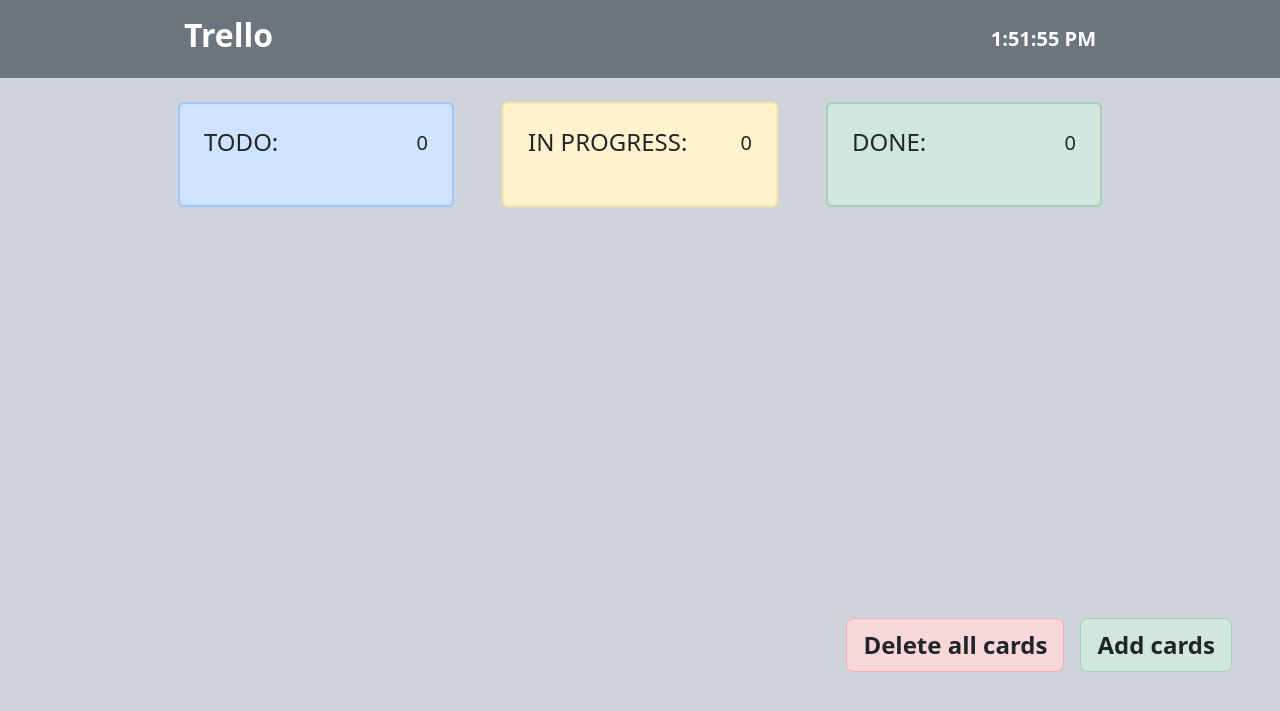
Repository: Valeria154/trello-app-clone
Page: / (app in trello-app-project/)
The author's editor kept a copy of each file at every save. The page is drawn from the files as they stood at one save, then again after the next save.
The browser window is 1280 px wide. The pictures show the whole page.
The project was rebuilt for these pictures with package versions that can differ from the ones it lists, and the page was loaded fresh each time. Also part of the build but not shown: trello-app-project/vite.config.js.

Above is the page before, as saved 2025-03-16 18:55:59.

### trello-app-project/src/index.html
<!doctype html>
<html lang="en">

<head>
	<meta charset="UTF-8" />
	<meta name="viewport" content="width=device-width, initial-scale=1.0" />
	<title>Trello</title>
	<script type="module" src="./main.js"></script>
</head>

<body class="bg-dark-subtle">
	<header class="bg-secondary p-3">
		<div class="container d-flex justify-content-between align-items-center mx-autox w-75">
			<h1 class="fs-2 fw-bold text-white">Trello</h1>
			<div class="fs-5 fw-semibold text-white" id="clock"></div>
		</div>
	</header>
	<main class="p-4">
		<div class="container text-center w-75" id="containerTodo">
			<div class="row align-items-start mb-6 gap-5">
				<!-- TODO -->
				<div class="col border border-primary-subtle border-2 rounded-2 text-dark p-4 bg-primary-subtle">
					<div class="d-flex justify-content-between mb-3">
						<h4>TODO:</h4>
						<div id="todoCount" class="fs-5">0</div>
					</div>
					<div id="todo" data-role="status"></div>
				</div>
				<!-- In progress -->
				<div class="col border border-warning-subtle border-2 rounded-2 text-dark p-4 bg-warning-subtle">
					<div class="d-flex justify-content-between mb-3">
						<h4>IN PROGRESS:</h4>
						<div id="progressCount " class="fs-5">0</div>
					</div>
					<div id="progress" data-role="status"></div>
				</div>
				<!-- Done -->
				<div class="col border border-success-subtle border-2 rounded-2 text-dark p-4 bg-success-subtle">
					<div class="d-flex justify-content-between mb-3">
						<h4>DONE:</h4>
						<div id="doneCount" class="fs-5">0</div>
					</div>
					<div id="done" data-role="status"></div>
				</div>
			</div>
			<div class="d-grid gap-2 d-md-flex justify-content-md-end position-fixed bottom-0 end-0 p-5">
				<button class="btn btn-lg bg-danger-subtle border-danger-subtle me-md-2 fs-4 fw-semibold" type="button"
					id="deleteAllBtn">Delete all
					cards</button>
				<button id="addCardBtn" class="btn btn-lg bg-success-subtle border-success-subtle fs-4 fw-semibold"
					type="button">Add
					cards</button>
			</div>
			<!-- Modal form -->
			<div id="modalFormContainer" class="position-relative block" style="z-index: 20">
				<!-- <div class="position-fixed top-50 start-50 translate-middle w-100 bg-dark bg-opacity-50">
					<form id="todoForm" class="p-4 border rounded bg-light text-start fw-semibold w-50 position-relative">
						<div class="mb-3">
							<label for="titile" class="form-label fs-5">Title</label>
							<input type="text" class="form-control" id="title" placeholder="Enter todo...">
						</div>
						<div class="mb-3">
							<label for="description" class="form-label fs-5">Description</label>
							<textarea class="form-control p-2 rounded-3" id="description" rows="6"
								placeholder="Write description"></textarea>
						</div>
						<div class="mb-3">
							<label for="user" class="form-label fs-5">User </label>
							<select id="user" class="form-select">
								<option selected value="">Choose user</option>
								<option value="Amelia">Amelia</option>
								<option value="Mary">Mary</option>
								<option value="Thomas">Thomas</option>
								<option value="Harry">Harry</option>
								<option value="Susan">Susan</option>
							</select>
						</div>
						<button type="submit" class="btn btn-primary bg-secondary bg-gradient border-secondary">Add card
							TODO</button>
						<button type="button" class="btn-close position-absolute top-0 end-0 me-4 mt-4"
							aria-label="close"></button>
					</form>
				</div> -->
			</div>
		</div>
	</main>

</body>

</html>

### trello-app-project/src/main.js
import './style.scss'
// import javascriptLogo from './javascript.svg'
// import viteLogo from '/vite.svg'

const clockElement = document.querySelector('#clock')
const addCardBtnElement = document.querySelector('#addCardBtn')
const modalFormElement = document.querySelector('#modalFormContainer')
const formElement = document.querySelector('#form')

const containerTodoElement = document.querySelector('#containerTodo')
const [todoContainerElement, inProgressContainerElement, doneContainerElement] = document.querySelectorAll('[data-role="status"]')
const todoContainer = document.querySelector('#todo')
const todoCount = document.querySelector('#todoCount')

const statusArr = ['todo', 'inprogress', 'done']

function getDataFromStorage() {
	const data = localStorage.getItem(storageKey)
	return data ? JSON.parse(data) : []
}

function setDataToStorage(todo) {
	localStorage.setItem(storageKey, JSON.stringify(todo))
}

//Часы
function showClock() {
	clockElement.textContent = new Date().toLocaleTimeString()
}
setInterval(showClock, 1000)
showClock()


addCardBtnElement.addEventListener('click', handleClickButtonAddCard)
todoContainerElement.addEventListener('submit', handleSubmitForm)

function handleClickButtonAddCard() {
	if (!formElement) {
		modalFormElement.innerHTML = buildModalForm()
		const btnCloseElement = modalFormElement.querySelector('.btn-close')
		btnCloseElement.addEventListener('click', () => toggleModal(modalFormElement))
	}
	toggleModal(modalFormElement) // Открываем модальное окно
}

function toggleModal(modal) {
	if (modal.classList.contains('block')) {
		modal.classList.replace('block', 'hidden')
	} else {
		modal.classList.replace('hidden', 'block')
	}
}

function buildModalForm() {
	return `
				<div class="d-flex align-items-center justify-content-center position-fixed top-0 start-0 w-100 h-100 bg-dark bg-opacity-50">
					<form id="form" class="p-4 border rounded bg-light text-start fw-semibold w-50 position-relative">
						<div class="mb-3">
							<label for="title" class="form-label fs-5">Title</label>
							<input type="text" class="form-control" id="title" placeholder="Enter todo..." required>
						</div>
						<div class="mb-3">
							<label for="description" class="form-label fs-5">Description</label>
							<textarea class="form-control p-2 rounded-3" id="description" rows="6"
								placeholder="Write description" required></textarea>
						</div>
						<div class="mb-3">
							<label for="user" class="form-label fs-5">User </label>
							<select id="user" class="form-select" required>
								<option selected value="">Choose user</option>
								<option value="Amelia">Amelia</option>
								<option value="Mary">Mary</option>
								<option value="Thomas">Thomas</option>
								<option value="Harry">Harry</option>
								<option value="Susan">Susan</option>
							</select>
						</div>
						<button type="submit" class="btn btn-primary bg-secondary bg-gradient border-secondary">Add card
							TODO</button>
						<button type="button" class="btn-close position-absolute top-0 end-0 me-4 mt-4"
							aria-label="close" data-dismiss="modal" data-set="remove"></button>
					</form>
				</div>
	`
}

function handleSubmitForm(event) {
	event.preventDefault()

	// Получаем данные из формы
	const formData = new FormData(event.target)
	const formDataObject = Object.fromEntries(formData) // преобразуем, полученные иданные, в объект ключ-значение

	// Проверяем заполненность полей
	if (!formDataObject.title || !formDataObject.description || !formDataObject.user) {
		alert('Все поля формы должны быть заполнены!')
		return
	}

	const newTodo = new Todo(formDataObject)
	const targetColumn = document.querySelector(`#${newTodo.status}`)
	targetColumn.insertAdjacentHTML('beforeend', buildTodoTemplate(newTodo))
	renderCount()
	event.target.reset()
	toggleModal(modalFormElement)
}

class Todo {
	constructor({ title, description, user, status = '0' }) {
		this.id = Date.now()
		this.createdAt = new Date().toString()
		this.title = title
		this.description = description
		this.user = user
		this.status = statusArr[status]
	}
}

function render(todos = []) {
	todoContainerElement.innerHTML = ''
	inProgressContainerElement.innerHTML = ''
	doneContainerElement.innerHTML = ''
	todos.forEach((todo) => {
		const targetColumn = document.querySelector(`#${todo.status}`)
		targetColumn.insertAdjacentHTML('beforeend', buildTemplateTodo(todo))
	})
	countTodosInColumn(todos)
	//displayClock()
}

function renderCount() {
	const todoCount = todoContainerElement.children.length;
	const inProgressCount = inProgressContainerElement.children.length;
	const doneCount = doneContainerElement.children.length;

	document.getElementById('todoCount').textContent = todoCount;
	document.getElementById('inProgressCount').textContent = inProgressCount;
	document.getElementById('doneCount').textContent = doneCount;
}

function buildTodoTemplate({ id, title, description, user, status, createdAt }) {
	const data = currentDate(createdAt)
	return `
	        <div data-id="${id}" class="card bg-white">
            <div class="d-flex justify-content-center" role="group">
                <button type="button" class="btn btn-light" data-role="edit">EDIT</button>
                <select name="status" class="btn btn-light">
                    <option value="todo" ${status == 'todo' ? 'selected' : ''}>Todo</option>
                    <option value="progress" ${status == 'progress' ? 'selected' : ''}>In progress</option>
                    <option value="done" ${status == 'done' ? 'selected' : ''}>Done</option>
                </select>
                <button type="button" class="btn btn-light" data-role="remove">DELETE</button>
            </div>
            <div class="p-4 mb-2">
                <h4 class="text-start fs-5 fw-semibold">${title}</h4>
                <div class="text-start fs-6"><p>${description}</p></div>
            </div>
            <div class="d-flex justify-content-between text-start">
                <div>${user}</div>
                <div>${data}</div>
            </div>
        	</div>
	`
}

function currentDate(date = '', locale = 'ru-RU') {
	const dateTemplate = new Date(date)
	return `${dateTemplate.toLocaleDateString(locale)}, ${dateTemplate.toLocaleTimeString(locale)}`
}
// function currentDate(date = '', locale = 'ru-RU') {
// 	const dateTemplate = new Date(date)
// 	// const dateFormat = {
// 	// 	hour: 'numeric',
// 	// 	minute: 'numeric',
// 	// 	year: 'numeric',
// 	// 	month: 'numeric',
// 	// 	day: 'numeric'
// 	// }
// 	return `${dateTemplate.toLocaleDateString(locale)}, ${dateTemplate.toLocaleTimeString(locale)}`
// 	// return new Intl.DateTimeFormat(locale, dateFormat).format(dateTemplate)
// }

// class Todo {
// 	id = Date.now()
// 	createdAt = new Date().toString()
// 	constructor({ title, description, user, status = '0' }) {
// 		this.title = title
// 		this.description = description
// 		this.user = user
// 		this.status = statusArr[status]
// 	}

### trello-app-project/src/style.scss
@import "bootstrap/scss/bootstrap";

.hidden {
	display: none;
	opacity: 0;
	transition: opacity 0.3s ease;
}

.block {
	display: block;
	opacity: 1;
	transition: opacity 0.3s ease;
}

After the next save:
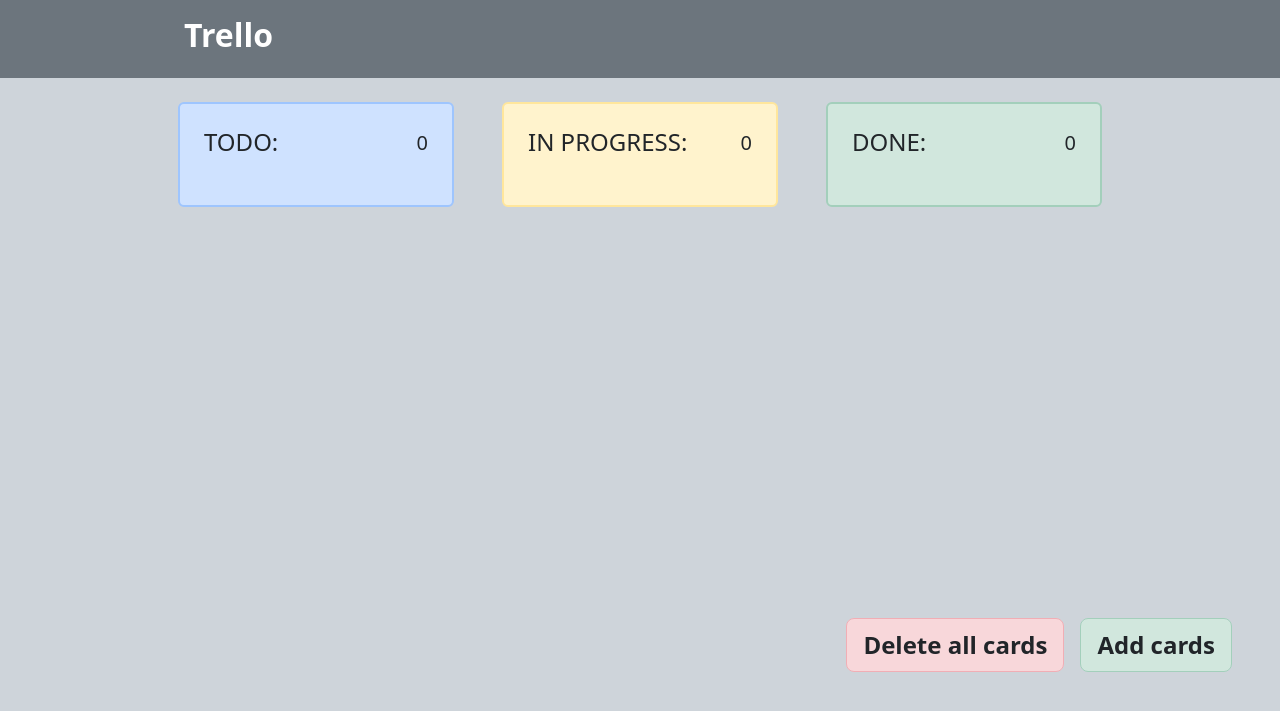
Console error: ReferenceError: storageKey is not defined
Saved 73 s later.
--- a/trello-app-project/src/main.js
+++ b/trello-app-project/src/main.js
@@ -1,7 +1,7 @@
 import './style.scss'
 // import javascriptLogo from './javascript.svg'
 // import viteLogo from '/vite.svg'
-
+const todos = getData()
 const clockElement = document.querySelector('#clock')
 const addCardBtnElement = document.querySelector('#addCardBtn')
 const modalFormElement = document.querySelector('#modalFormContainer')
@@ -14,7 +14,7 @@
 
 const statusArr = ['todo', 'inprogress', 'done']
 
-function getDataFromStorage() {
+function getData() {
 	const data = localStorage.getItem(storageKey)
 	return data ? JSON.parse(data) : []
 }
